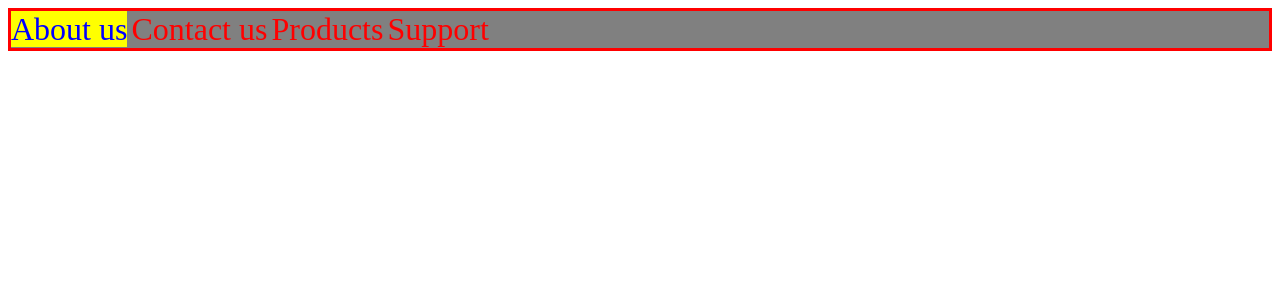
Repository: SrikanthGadde/MaGE-JavaFS
Page: Week-1/Sept1/HTML&CSS/WebContent/Test.html
The author's editor kept a copy of each file at every save. The page is drawn from the files as they stood at one save, then again after the next save.
The browser window is 1280 px wide. The pictures show the whole page.
The pointer rests on the first visible `a`.

Above is the page before, as saved 2020-09-01 07:28:24.

### Week-1/Sept1/HTML&CSS/WebContent/Test.html
<!DOCTYPE html>
<html>
<head>
<!-- <meta charset="ISO-8859-1"> -->
<title>Insert title here</title>
 <!-- Property: Value-->
<style>
	a:hover {
  background-color: yellow;
  color: blue
}
	a{
		/*background-color: orange;*/
		color: red;
		font-size: xx-large;
	}
	div{
	border:solid 3px red;
	background-color: gray;
	}
</style>
</head>
<body>
<div style="align-items:center">
	<a>About us</a>
	<a>Contact us</a>
	<a>Products</a>
	<a>Support</a>
</div>
</body>
</html>

After the next save:
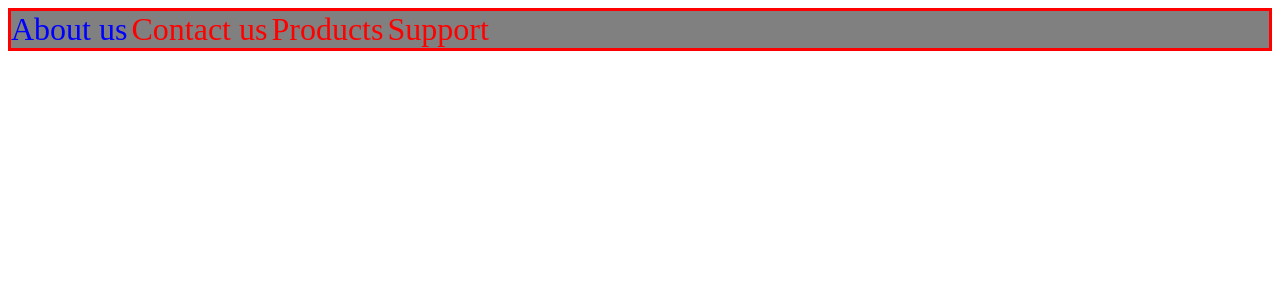
Saved 8 s later.
--- a/Week-1/Sept1/HTML&CSS/WebContent/Test.html
+++ b/Week-1/Sept1/HTML&CSS/WebContent/Test.html
@@ -6,7 +6,7 @@
  <!-- Property: Value-->
 <style>
 	a:hover {
-  background-color: yellow;
+  /*background-color: yellow;*/
   color: blue
 }
 	a{
